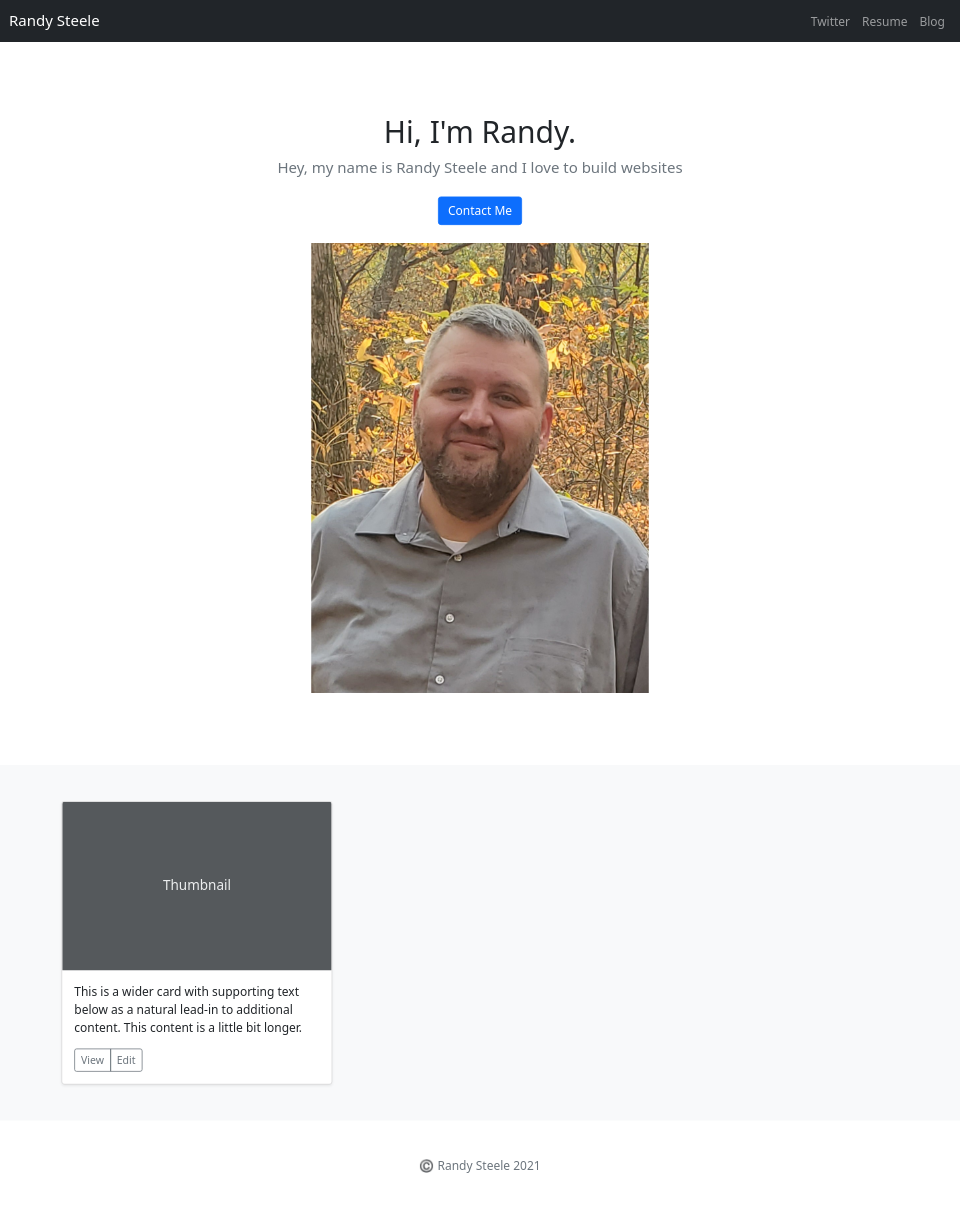
Repository: randysteele/my-portfolio
Page: http://localhost/
These files come from the project's save history. The page is drawn as it stood at one moment and after the next save; the edit follows.
The browser window is 1280 px wide. The pictures show the whole page, at 75% of full size.
The page is served by the project's application, run on Django 2.2 (manage.py). Other server files are loaded and not shown.

Above is the page before, as saved 2021-03-25 17:02:29.

### django-portfolio/jobs/views.py
from django.shortcuts import render
from .models import Job

# Create your views here.

def home(request):
 jobs = Job.objects
 return render(request, 'jobs/home.html', {'jobs':jobs})

### django-portfolio/jobs/templates/jobs/home.html
<!doctype html>
<html lang="en">
{% load static %}

<head>
    <meta charset="utf-8">
    <meta name="viewport" content="width=device-width, initial-scale=1">
    <meta name="description" content="">
    <meta name="author" content="Mark Otto, Jacob Thornton, and Bootstrap contributors">
    <meta name="generator" content="Hugo 0.80.0">
    <title>Album example · Bootstrap v5.0</title>

    <link rel="canonical" href="https://getbootstrap.com/docs/5.0/examples/album/">

    <!-- Bootstrap core CSS
    <link href="/docs/5.0/dist/css/bootstrap.min.css" rel="stylesheet"
        integrity="sha384-BmbxuPwQa2lc/FVzBcNJ7UAyJxM6wuqIj61tLrc4wSX0szH/Ev+nYRRuWlolflfl" crossorigin="anonymous"> -->


    <!-- CSS only -->
    <link href="https://cdn.jsdelivr.net/npm/bootstrap@5.0.0-beta2/dist/css/bootstrap.min.css" rel="stylesheet"
        integrity="sha384-BmbxuPwQa2lc/FVzBcNJ7UAyJxM6wuqIj61tLrc4wSX0szH/Ev+nYRRuWlolflfl" crossorigin="anonymous">


    <!-- Favicons -->
    <link rel="apple-touch-icon" href="/docs/5.0/assets/img/favicons/apple-touch-icon.png" sizes="180x180">
    <link rel="icon" href="/docs/5.0/assets/img/favicons/favicon-32x32.png" sizes="32x32" type="image/png">
    <link rel="icon" href="/docs/5.0/assets/img/favicons/favicon-16x16.png" sizes="16x16" type="image/png">
    <!-- <link rel="manifest" href="/docs/5.0/assets/img/favicons/manifest.json"> -->
    <link rel="mask-icon" href="/docs/5.0/assets/img/favicons/safari-pinned-tab.svg" color="#7952b3">
    <link rel="icon" href="/docs/5.0/assets/img/favicons/favicon.ico">
    <meta name="theme-color" content="#7952b3">


    <style>
        .bd-placeholder-img {
            font-size: 1.125rem;
            text-anchor: middle;
            -webkit-user-select: none;
            -moz-user-select: none;
            user-select: none;
        }

        @media (min-width: 768px) {
            .bd-placeholder-img-lg {
                font-size: 3.5rem;
            }
        }
    </style>


</head>

<body>

    <header>
        <nav class="navbar navbar-expand-lg navbar-dark bg-dark">
            <div class="container-fluid">
                <a class="navbar-brand" href="#">Randy Steele</a>
                <button class="navbar-toggler" type="button" data-bs-toggle="collapse"
                    data-bs-target="#navbarNavAltMarkup" aria-controls="navbarNavAltMarkup" aria-expanded="false"
                    aria-label="Toggle navigation">
                    <span class="navbar-toggler-icon"></span>
                </button>
                <div class="collapse navbar-collapse" id="navbarNavAltMarkup">
                    <div class="navbar-nav ms-auto">
                        <a class="nav-link" aria-current="page" href="#">Twitter</a>
                        <a class="nav-link" href="/static/Randy%20Steele%20Resume.pdf">Resume</a>
                        <a class="nav-link" href="#">Blog</a>
                    </div>
                </div>
            </div>
        </nav>
    </header>

    <main>

        <section class="py-5 text-center container">
            <div class="row py-lg-5">
                <div class="col-lg-6 col-md-8 mx-auto">
                    <h1 class="fw-light">Hi, I'm Randy.</h1>
                    <p class="lead text-muted">Hey, my name is Randy Steele and I love to build websites</p>
                    <p>
                        <a href="mailto:steelerx155@gmail.com" class="btn btn-primary my-2">Contact Me</a>
                    </p>
                    <img src="{% static 'profilephoto.jpg' %}" height=600>
                </div>
            </div>
        </section>

        <div class="album py-5 bg-light">
            <div class="container">

              <div class="row row-cols-1 row-cols-sm-2 row-cols-md-3 g-3">
                <div class="col">
                  <div class="card shadow-sm">
                    <svg class="bd-placeholder-img card-img-top" width="100%" height="225" xmlns="http://www.w3.org/2000/svg" role="img" aria-label="Placeholder: Thumbnail" preserveAspectRatio="xMidYMid slice" focusable="false"><title>Placeholder</title><rect width="100%" height="100%" fill="#55595c"/><text x="50%" y="50%" fill="#eceeef" dy=".3em">Thumbnail</text></svg>

                    <div class="card-body">
                      <p class="card-text">This is a wider card with supporting text below as a natural lead-in to additional content. This content is a little bit longer.</p>
                      <div class="d-flex justify-content-between align-items-center">
                        <div class="btn-group">
                          <button type="button" class="btn btn-sm btn-outline-secondary">View</button>
                          <button type="button" class="btn btn-sm btn-outline-secondary">Edit</button>
                        </div>
                      </div>
                    </div>
                  </div>
                </div>    </main>

    <footer class="text-muted py-5">
        <div class="container text-center">
            <p>©️ Randy Steele {% now "Y" %}</p>


        </div>
    </footer>


    <!-- <script src="/docs/5.0/dist/js/bootstrap.bundle.min.js"
        integrity="sha384-b5kHyXgcpbZJO/tY9Ul7kGkf1S0CWuKcCD38l8YkeH8z8QjE0GmW1gYU5S9FOnJ0"
        crossorigin="anonymous"></script> -->

    <!-- JavaScript Bundle with Popper -->
    <script src="https://cdn.jsdelivr.net/npm/bootstrap@5.0.0-beta2/dist/js/bootstrap.bundle.min.js"
        integrity="sha384-b5kHyXgcpbZJO/tY9Ul7kGkf1S0CWuKcCD38l8YkeH8z8QjE0GmW1gYU5S9FOnJ0"
        crossorigin="anonymous"></script>

</body>

</html>

### django-portfolio/portfolio/urls.py
"""portfolio URL Configuration

The `urlpatterns` list routes URLs to views. For more information please see:
    https://docs.djangoproject.com/en/2.0/topics/http/urls/
Examples:
Function views
    1. Add an import:  from my_app import views
    2. Add a URL to urlpatterns:  path('', views.home, name='home')
Class-based views
    1. Add an import:  from other_app.views import Home
    2. Add a URL to urlpatterns:  path('', Home.as_view(), name='home')
Including another URLconf
    1. Import the include() function: from django.urls import include, path
    2. Add a URL to urlpatterns:  path('blog/', include('blog.urls'))
"""
from django.contrib import admin
from django.urls import path
from django.conf import settings
from django.conf.urls.static import static
import jobs.views
from django.urls import include

urlpatterns = [
    path('admin/', admin.site.urls),
    path('', jobs.views.home, name='home'),
    path('blog/', include('blog.urls')),
] + static(settings.MEDIA_URL, document_root=settings.MEDIA_ROOT)

### django-portfolio/blog/urls.py
from django.urls import path
from  . import views

urlpatterns = [
    path('', views.allblogs, name='allblogs'),
    path('<int:blog_id>/',views.detail, name='detail' ),
]

After the next save:
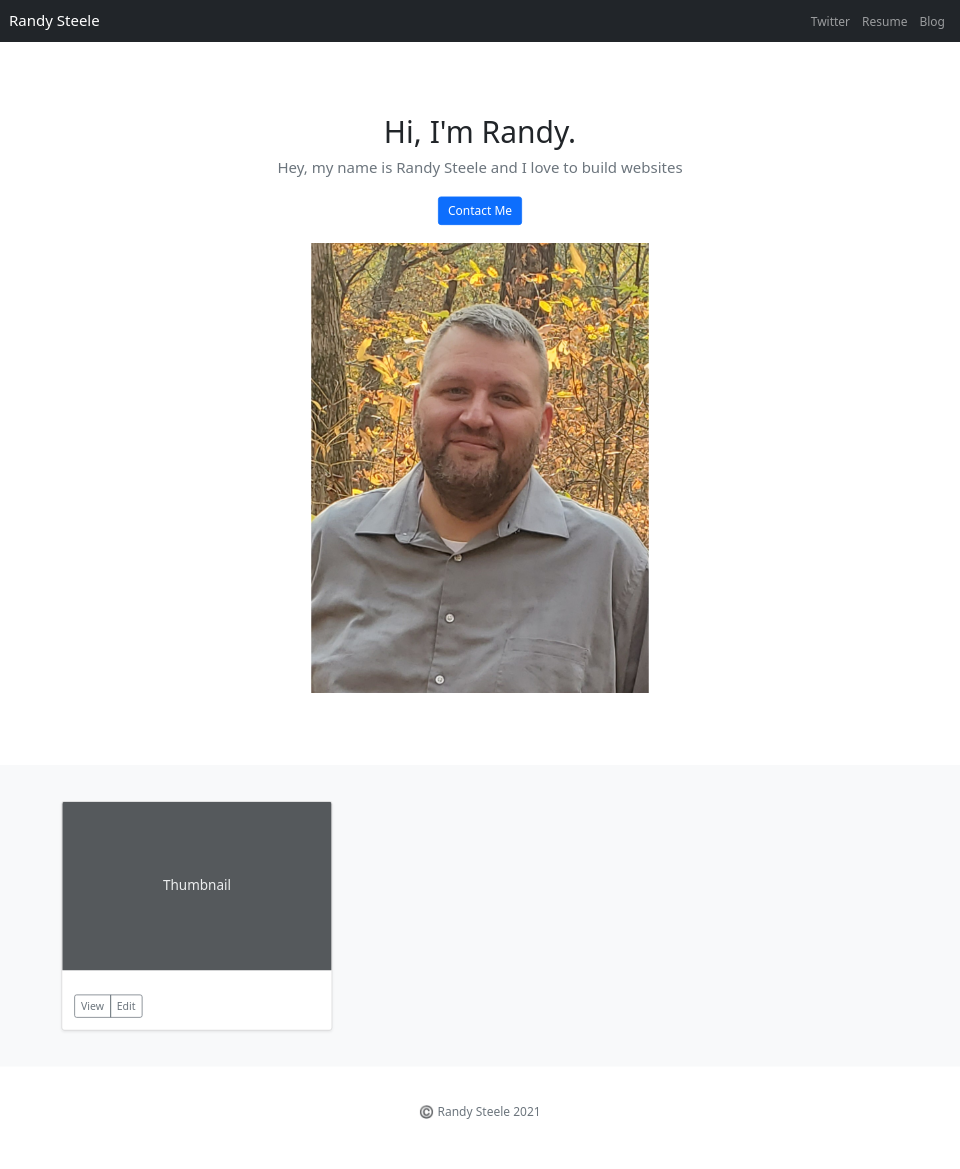
Saved 20 s later.
--- a/django-portfolio/jobs/templates/jobs/home.html
+++ b/django-portfolio/jobs/templates/jobs/home.html
@@ -97,7 +97,7 @@
                     <svg class="bd-placeholder-img card-img-top" width="100%" height="225" xmlns="http://www.w3.org/2000/svg" role="img" aria-label="Placeholder: Thumbnail" preserveAspectRatio="xMidYMid slice" focusable="false"><title>Placeholder</title><rect width="100%" height="100%" fill="#55595c"/><text x="50%" y="50%" fill="#eceeef" dy=".3em">Thumbnail</text></svg>
 
                     <div class="card-body">
-                      <p class="card-text">This is a wider card with supporting text below as a natural lead-in to additional content. This content is a little bit longer.</p>
+                      <p class="card-text">{{job.summary}}</p>
                       <div class="d-flex justify-content-between align-items-center">
                         <div class="btn-group">
                           <button type="button" class="btn btn-sm btn-outline-secondary">View</button>
